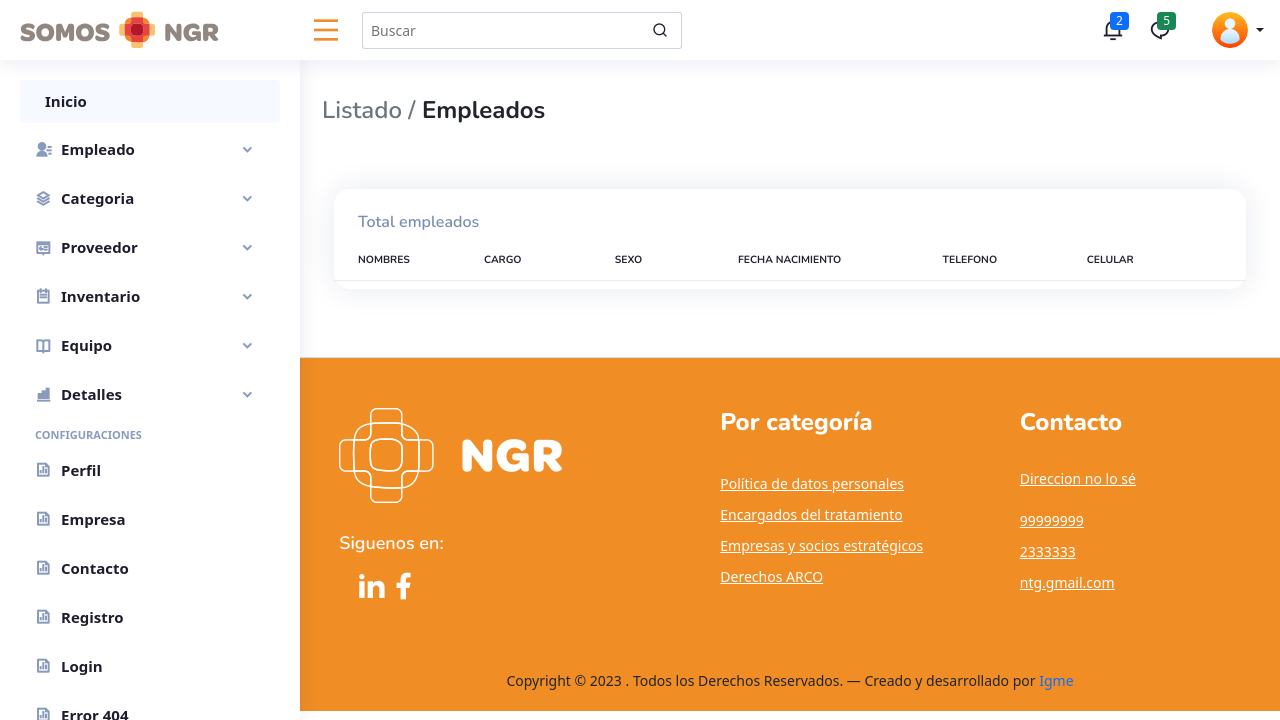
Repository: igmeMarcial/ProyectoLP-2023
Page: http://localhost/proyectoLP_2023/ListadoEmpleados.jsp
The author's editor kept a copy of each file at every save. The page is drawn from the files as they stood at one save, then again after the next save.
The browser window is 1280 px wide. The pictures show the whole page.
Some web fonts or font styles are not loaded; a fallback is used. The page is served by Tomcat 9. Other server files are loaded and not shown. The template is opened directly, without the code that normally fills it, so the values that code supplies are empty.

Above is the page before, as saved 2023-03-22 18:33:34.

### proyectoLP_2023/WebContent/ListadoEmpleados.jsp
<%@ page language="java" contentType="text/html; charset=ISO-8859-1"
    pageEncoding="ISO-8859-1"%>
<%@taglib uri="http://java.sun.com/jsp/jstl/core" prefix="c" %>
    <!-- para dar formato a las fechas -->
    <%@taglib uri="http://java.sun.com/jsp/jstl/fmt" prefix="fmt" %>
<!DOCTYPE >
<html>
	<head>
		<meta charset="UTF-8" />
		<meta http-equiv="X-UA-Compatible" content="IE=edge" />
		<meta name="viewport" content="width=device-width, initial-scale=1.0" />
		<link rel="stylesheet" type="text/css" href="./css/listadoEmpleados.css" />
		<link rel="preconnect" href="https://fonts.googleapis.com" />
		<link rel="preconnect" href="https://fonts.gstatic.com" crossorigin />
		<link href="https://fonts.googleapis.com/css2?family=Playball&display=swap" rel="stylesheet" />

		<link rel="preconnect" href="https://fonts.googleapis.com" />
		<link rel="preconnect" href="https://fonts.gstatic.com" crossorigin />
		<link href="https://fonts.googleapis.com/css2?family=Nunito:ital,wght@0,600;0,700;0,800;1,700&display=swap" rel="stylesheet" />

		<link rel="preconnect" href="https://fonts.googleapis.com" />
		<link rel="preconnect" href="https://fonts.gstatic.com" crossorigin />
		<link href="https://fonts.googleapis.com/css2?family=Roboto:wght@300;400;500;700;900&display=swap" rel="stylesheet" />
		<link rel="stylesheet" type="text/css" href="./css/main.css" />
		<link href="https://cdn.jsdelivr.net/npm/bootstrap@5.0.2/dist/css/bootstrap.min.css" rel="stylesheet" integrity="sha384-EVSTQN3/azprG1Anm3QDgpJLIm9Nao0Yz1ztcQTwFspd3yD65VohhpuuCOmLASjC" crossorigin="anonymous" />
		<link href="https://cdn.jsdelivr.net/npm/remixicon@2.5.0/fonts/remixicon.css" rel="stylesheet" />
		<title>Principal</title>
	</head>
	<body>
		<!-- ======= Header(Cabezera) ======= -->
		<header id="header" class="header fixed-top d-flex align-items-center">
			<div class="d-flex align-items-center justify-content-between">
				<a href="Main.jsp" class="logo d-flex align-items-center text-decoration-none">
					<img class="logoImg1 d-none d-lg-block" src="./img/logo-somosngr.svg" alt="" />
					<img class="logoImg2 d-block d-lg-none" src="./img/logo-ngr.png" alt="" />
					<span class="d-none d-lg-block"></span>
				</a>
				<i class="ri-menu-line toggle-sidebar-btn"></i>
			</div>
			<!-- Fin Logo -->
			<!-- Input para Buscar jeje-->
			<div class="search-bar">
				<form class="search-form d-flex align-items-center my-auto" method="POST" action="#">
					<input type="text" name="query" placeholder="Buscar" title="Enter search keyword" />
					<button type="submit" title="Buscar"><i class="ri-search-line"></i></button>
				</form>
			</div>
			<!-- Fin Buscar  -->

			<nav class="header-nav ms-auto">
				<ul class="d-flex align-items-center">
					<li class="nav-item d-block d-lg-none">
						<a class="nav-link nav-icon search-bar-toggle p-0" href="#">
							<i class="ri-search-line"></i>
						</a>
					</li>
					<!-- Fin Buscar Icon-->

					<li class="nav-item dropdown">
						<a class="nav-link nav-icon p-0" href="#" data-bs-toggle="dropdown" id="noti" aria-expanded="false">
							<i class="ri-notification-3-line"></i>
							<span class="badge bg-primary badge-number">2</span>
						</a>
						<!-- End Notification Icon -->
						<ul class="dropdown-menu dropdown-menu-end dropdown-menu-arrow notificaciones" aria-labelledby="noti">
							<li><a class="dropdown-item" href="#">Action</a></li>
							<li><a class="dropdown-item" href="#">Another action</a></li>
							<li><a class="dropdown-item" href="#">Something else here</a></li>
						</ul>
						<!-- Final notificación Dropdown Items -->
					</li>
					<!-- Final Notification Nav -->

					<li class="nav-item dropdown">
						<a class="nav-link nav-icon p-0" href="#" data-bs-toggle="dropdown">
							<i class="ri-chat-1-line"></i>
							<span class="badge bg-success badge-number">5</span>
						</a>
						<!-- Final mensajes Icon -->

						<ul class="dropdown-menu dropdown-menu-end dropdown-menu-arrow messages">
							<li><a class="dropdown-item" href="#">Action</a></li>
							<li><a class="dropdown-item" href="#">Another action</a></li>
							<li><a class="dropdown-item" href="#">Something else here</a></li>
						</ul>
						<!-- Final Mensajes Dropdown Items -->
					</li>
					<!--Final Mensajes Nav -->

					<li class="nav-item dropdown pe-3">
						<a class="nav-link nav-profile d-flex align-items-center pe-0" href="#" data-bs-toggle="dropdown">
							<img src="./img/userImg.png" alt="Profile" class="rounded-circle" />
							<span class="d-none d-md-block dropdown-toggle ps-2">${user}</span>
						</a>
						<!-- End Profile Iamge Icon -->

						<ul class="dropdown-menu dropdown-menu-end dropdown-menu-arrow profile">
							<li class="dropdown-header">
								<h6>${user}</h6>
								<span>${email}</span>
							</li>
							<li>
								<hr class="dropdown-divider" />
							</li>

							<li>
								<a class="dropdown-item d-flex align-items-center" href="perfil.jsp">
									<i class="ri-settings-2-line"></i>
									<span>My Perfil</span>
								</a>
							</li>
							<li>
								<hr class="dropdown-divider" />
							</li>

							<li>
								<a class="dropdown-item d-flex align-items-center" href="perfil.jsp">
									<i class="ri-settings-2-line"></i>
									<span>Configuración</span>
								</a>
							</li>
							<li>
								<hr class="dropdown-divider" />
							</li>

							<li>
								<a class="dropdown-item d-flex align-items-center" href="perfil.jsp">
									<i class="ri-settings-2-line"></i>
									<span>Ayuda?</span>
								</a>
							</li>
							<li>
								<hr class="dropdown-divider" />
							</li>

							<li>
								<a class="dropdown-item d-flex align-items-center" href="ControladorUsuario?accion=Salir">
									<i class="ri-settings-2-line"></i>
									<span>Salir</span>
								</a>
							</li>
						</ul>
						<!-- Final Perfil Dropdown Items -->
					</li>
					<!--Final Profile Nav -->
				</ul>
			</nav>
			<!-- Final Icons Navigation -->
		</header>

		<!-- Final Header -->
		<aside id="sidebar" class="sidebar">
			<ul class="sidebar-nav" id="sidebar-nav">
				<li class="nav-item">
					<a class="nav-link" href="Main.jsp">
						<i class="bi bi-grid"></i>
						<span>Inicio</span>
					</a>
				</li>
				<!-- final Dashboard Nav -->

				<li class="nav-item">
					<a class="nav-link collapsed" data-bs-target="#employes-nav" data-bs-toggle="collapse" href="#"> <i class="ri-contacts-fill"></i><span>Empleado</span><i class="ri-arrow-down-s-line ms-auto"></i> </a>
					<ul id="employes-nav" class="nav-content collapse" data-bs-parent="#sidebar-nav">
						<li>
							<a href="#"> <i class="ri-group-fill"></i><span>Agregar Nuevo Empleado</span> </a>
						</li>
						<li>
							<a href="ControladorCrud?accion=listarEmpleados"> <i class="ri-group-fill"></i><span>Listar Empleados</span> </a>
						</li>
					</ul>
				</li>
				<!-- Final componentes Nav -->

				<li class="nav-item">
					<a class="nav-link collapsed" data-bs-target="#category-nav" data-bs-toggle="collapse" href="#"> <i class="ri-stack-line"></i><span>Categoria</span><i class="ri-arrow-down-s-line ms-auto"></i> </a>
					<ul id="category-nav" class="nav-content collapse" data-bs-parent="#sidebar-nav">
						<li>
							<a href="#"> <i class="bi bi-circle"></i><span>Agregar nuevo Categoria</span> </a>
						</li>
						<li>
							<a href="#"> <i class="bi bi-circle"></i><span>Listar Categorias</span> </a>
						</li>
					</ul>
				</li>
				<!-- Final Formulario Nav -->

				<li class="nav-item">
					<a class="nav-link collapsed" data-bs-target="#provaider-nav" data-bs-toggle="collapse" href="#"> <i class="ri-slideshow-line"></i><span>Proveedor</span><i class="ri-arrow-down-s-line ms-auto"></i> </a>
					<ul id="provaider-nav" class="nav-content collapse" data-bs-parent="#sidebar-nav">
						<li>
							<a href="#"> <i class="bi bi-circle"></i><span>Agregar nuevo Proveedor</span> </a>
						</li>
						<li>
							<a href="#"> <i class="bi bi-circle"></i><span>Listar Proveedores</span> </a>
						</li>
					</ul>
				</li>
				<!-- End Tables Nav -->

				<li class="nav-item">
					<a class="nav-link collapsed" data-bs-target="#inventory-nav" data-bs-toggle="collapse" href="#"> <i class="ri-todo-line"></i><span>Inventario</span><i class="ri-arrow-down-s-line ms-auto"></i> </a>
					<ul id="inventory-nav" class="nav-content collapse" data-bs-parent="#sidebar-nav">
						<li>
							<a href="#"> <i class="bi bi-circle"></i><span>Agregar Inventario Nuevo</span> </a>
						</li>
						<li>
							<a href="#"> <i class="bi bi-circle"></i><span>Listar Inventarios</span> </a>
						</li>
					</ul>
				</li>
				<!-- End Charts Nav -->

				<li class="nav-item">
					<a class="nav-link collapsed" data-bs-target="#team-nav" data-bs-toggle="collapse" href="#"> <i class="ri-book-open-line"></i><span>Equipo</span><i class="ri-arrow-down-s-line ms-auto"></i> </a>
					<ul id="team-nav" class="nav-content collapse" data-bs-parent="#sidebar-nav">
						<li>
							<a href="icons-bootstrap.html"> <i class="bi bi-circle"></i><span>Agregar nuevo Equipo</span> </a>
						</li>
						<li>
							<a href="icons-remix.html"> <i class="bi bi-circle"></i><span>Listar Equipos</span> </a>
						</li>
					</ul>
				</li>
				<!-- Final iconos Nav -->
				<li class="nav-item">
					<a class="nav-link collapsed" data-bs-target="#details-nav" data-bs-toggle="collapse" href="#"> <i class="ri-numbers-line"></i><span>Detalles</span><i class="ri-arrow-down-s-line ms-auto"></i> </a>
					<ul id="details-nav" class="nav-content collapse" data-bs-parent="#sidebar-nav">
						<li>
							<a href="icons-bootstrap.html"> <i class="bi bi-circle"></i><span>Entradas</span> </a>
						</li>
						<li>
							<a href="icons-remix.html"> <i class="bi bi-circle"></i><span>Salidas</span> </a>
						</li>
					</ul>
				</li>
				<!-- Final iconos Nav -->

				<li class="nav-heading">Configuraciones</li>

				<li class="nav-item">
					<a class="nav-link collapsed" href="perfil.jsp">
						<i class="ri-file-chart-line"></i>
						<span>Perfil</span>
					</a>
				</li>
				<!-- Final Profile Page Nav -->

				<li class="nav-item">
					<a class="nav-link collapsed" href="#">
						<i class="ri-file-chart-line"></i>
						<span>Empresa</span>
					</a>
				</li>
				<!-- End F.A.Q Page Nav -->

				<li class="nav-item">
					<a class="nav-link collapsed" href="#">
						<i class="ri-file-chart-line"></i>
						<span>Contacto</span>
					</a>
				</li>
				<!-- Final Contact Page Nav -->

				<li class="nav-item">
					<a class="nav-link collapsed" href="#">
						<i class="ri-file-chart-line"></i>
						<span>Registro</span>
					</a>
				</li>
				<!-- Final Registro Page Nav -->

				<li class="nav-item">
					<a class="nav-link collapsed" href="#">
						<i class="ri-file-chart-line"></i>
						<span>Login</span>
					</a>
				</li>
				<!-- Final Login Page Nav -->

				<li class="nav-item">
					<a class="nav-link collapsed" href="#">
						<i class="ri-file-chart-line"></i>
						<span>Error 404</span>
					</a>
				</li>
			</ul>
		</aside>

		<!-- Final Sidebar-->
		<!-- ======= Contenido principal======= -->
		<main id="main" class="main main-listadoEmpleado">
	<div class="content-wrapper">
		<div class="container-xxl flex-grow-1 container-p-y">
			<h4 class="fw-bold py-3 mb-4"><span class="text-muted fw-light">Listado /</span> Empleados</h4>
			<div class="container-fluid py-4">
				<div class="row">
					<div class="col-12">
						<div id="tableContainer" class="card mb-4">
							<div class="card-header pb-0">
								<h6>Total empleados</h6>
							</div>
							<div class="card-body px-0 pt-0 pb-2">
								<div class="table-responsive p-0">
									<table class="table align-items-center mb-0">
										<thead>
											<tr>
												<th class="th-title text-uppercase text-xxs font-weight-bolder opacity-7">Nombres</th>

												<th class="th-title text-uppercase text-xxs font-weight-bolder opacity-7 ps-2">cargo</th>
												<th class="th-title text-center text-uppercase text-xxs font-weight-bolder opacity-7">Sexo</th>
												<th class="th-title text-center text-uppercase text-xxs font-weight-bolder opacity-7">Fecha Nacimiento</th>
												<th class="th-title text-center text-uppercase text-xxs font-weight-bolder opacity-7">Telefono</th>
												<th class="th-title text-center text-uppercase text-xxs font-weight-bolder opacity-7">Celular</th>
												<th class="th-title text-center text-uppercase text-xxs font-weight-bolder opacity-7"></th>
											</tr>
										</thead>
										<tbody>
											<c:forEach var="empleado" items="${listado}">
												<tr>
												<td>
													<div class="d-flex px-3 py-1">
														<div class="d-flex flex-column justify-content-center">
															<h6 class="mb-0 text-sm"><c:out value="${empleado.nombre} ${empleado.apellidos}"></c:out></h6>
															<p class="text-xs text-secondary mb-0"><c:out value="${empleado.email}"></c:out></p>
														</div>
													</div>
												</td>
												<td class="align-middle text-center">
													<div class="text-start">
														<p class="text-xs text-secondary font-weight-bold mb-0"><c:out value="${empleado.cargo}"></c:out></p>
													</div>
												</td>
												<td class="align-middle text-center text-sm">
													<span class="text-secondary text-xs sex-empleado font-weight-bold"><c:out value="${empleado.sexo}"></c:out></span>
												</td>
												<td class="align-middle text-center">
													<span class="text-secondary text-xs font-weight-bold"><c:out value="${empleado.fechaNacimiento}"></c:out></span>
												</td>
												<td class="align-middle text-center">
													<span class="text-secondary text-xs font-weight-bold"><c:out value="${empleado.telefono}"></c:out></span>
												</td>
												<td class="align-middle text-center">
													<span class="text-secondary text-xs font-weight-bold"><c:out value="${empleado.celular}"></c:out></span>
												</td>
												<td class="align-middle text-center">
													<div class="dropdown">
														<button type="button" class="btn p-0 hide-arrow btn-editList" data-bs-toggle="dropdown" aria-expanded="false">
															<i class="ri-more-2-fill"></i>
														</button>
														<div class="dropdown-menu menu-dropdown-b" style="">
															<a class="dropdown-item" href="#"><i class="ri-edit-line"></i> Edit</a>
															<a class="dropdown-item" href="#"><i class="ri-delete-bin-line"></i> Delete</a>
														</div>
													</div>
												</td>
											</tr>
											 </c:forEach>
										</tbody>
									</table>
								</div>
							</div>
						</div>
					</div>
				</div>
			</div>
		</div>
	</div>
</main>


		<!-- ======= Footer ======= -->

		<footer id="footer" class="footer">
			<div class="site-footer">
				<div class="container">
					<div class="row justify-content-around">
						<div class="col-lg-4">
							<div class="widget">
								<img src="./img/logo-ngr-white.png" />
							</div>
							<!-- /.widget -->
							<div class="widget socialContent">
								<h3>Siguenos en:</h3>
								<div class="social d-flex justify-content-start align-items-center px-3">
									<div>
										<a><i class="ri-linkedin-fill"></i></a>
									</div>
									<div>
										<a><i class="ri-facebook-fill"></i></a>
									</div>
								</div>
							</div>
							<!-- /.widget -->
						</div>
						<!-- /.col-lg-3 -->

						<div class="col-lg-3 ml-auto">
							<div class="widget text-start link-container-footer">
								<h3 class="footer-subTitle">Por categoría</h3>
								<ul class="list-unstyled float-left links">
									<li><a class="links" href="#">Política de datos personales</a></li>
									<li><a class="links" href="#"> Encargados del tratamiento</a></li>
									<li><a class="links" href="#">Empresas y socios estratégicos</a></li>
									<li><a class="links" href="#">Derechos ARCO</a></li>
								</ul>
							</div>
							<!-- /.widget -->
						</div>
						<!-- /.col-lg-3 -->

						<div class="col-lg-3">
							<div class="widget text-start">
								<h3 class="footer-subTitle">Contacto</h3>
								<address class="links">Direccion no lo sé</address>
								<ul class="list-unstyled links mb-4">
									<li><a class="links" href="#">99999999</a></li>
									<li><a class="links" href="#">2333333</a></li>
									<li><a class="links" href="#">ntg.gmail.com</a></li>
								</ul>
							</div>
							<!-- /.widget -->
						</div>
						<!-- /.col-lg-3 -->
					</div>
					<!-- /.row -->

					<div class="row mt-5">
						<div class="col-12 text-center">
							<p class="mb-0">
								Copyright &copy;
								<script>
									document.write(new Date().getFullYear());
								</script>
								. Todos los Derechos Reservados. &mdash; Creado y desarrollado por <a href="#">Igme</a>
								<!-- License information: igmreGroup -->
							</p>
						</div>
					</div>
					<!-- /.container -->
				</div>
				<!-- /.site-footer -->
			</div>
		</footer>
		<!-- End Footer -->

		<a href="#" class="back-to-top d-flex align-items-center justify-content-center"><i class="bi bi-arrow-up-short"></i></a>
		<!-- Sistema JS Files -->

		<script src="https://cdn.jsdelivr.net/npm/bootstrap@5.0.2/dist/js/bootstrap.bundle.min.js" integrity="sha384-MrcW6ZMFYlzcLA8Nl+NtUVF0sA7MsXsP1UyJoMp4YLEuNSfAP+JcXn/tWtIaxVXM" crossorigin="anonymous"></script>
		<script src="./script/main.js" type="text/javascript"></script>
	</body>
</html>

### proyectoLP_2023/WebContent/css/listadoEmpleados.css

.main-listadoEmpleado{
	margin-top: 60px ;
    padding: 20px 10px !important;
}
.sex-empleado{
	color: #6c757d!important;
}

#tableContainer{

    border: 0 solid rgba(0, 0, 0, 0.125);
    border-radius: 1rem;
}

#tableContainer .card-header{
	padding: 1.5rem;
	border-radius: 1rem 1rem 0 0;
	background-color: #fff;
    border-bottom: 0 solid rgba(0, 0, 0, 0.125);
}
.th-title {
	padding: 0.75rem 1.5rem !important;

    letter-spacing: 0px;
    border-bottom: 1px solid #e9ecef;

     border-bottom-color: #e9ecef !important;
     line-height: 1.5;
    margin: 0px;
    color: rgb(34, 37, 49) !important;
    font-size: 12px;
    font-family: 'Nunito', sans-serif;
}
.btn-editList i{
	font-size: 20px;
}
.menu-dropdown-b{
	    border: 1px solid transparent !important;
}
.table tbody tr:last-child td {
    border-width: 0;
}

.text-sm {
    font-size: 0.875rem !important;
}

.text-sm {
    line-height: 1.5;
}

.font-weight-bold {
    font-weight: 600 !important;
}

.text-xs {
    font-size: 0.75rem !important;
}
.text-xs {
    line-height: 1.25;
}
.font-weight-bolder {
    font-weight: 700 !important;
}
.text-xxs {
    font-size: 0.65rem !important;
}

Loaded but not shown: proyectoLP_2023/WebContent/img/logo-somosngr.svg (22 lines, source omitted); proyectoLP_2023/WebContent/script/main.js (27 lines, source omitted); proyectoLP_2023/WebContent/css/main.css (1076 lines, source omitted)

After the next save:
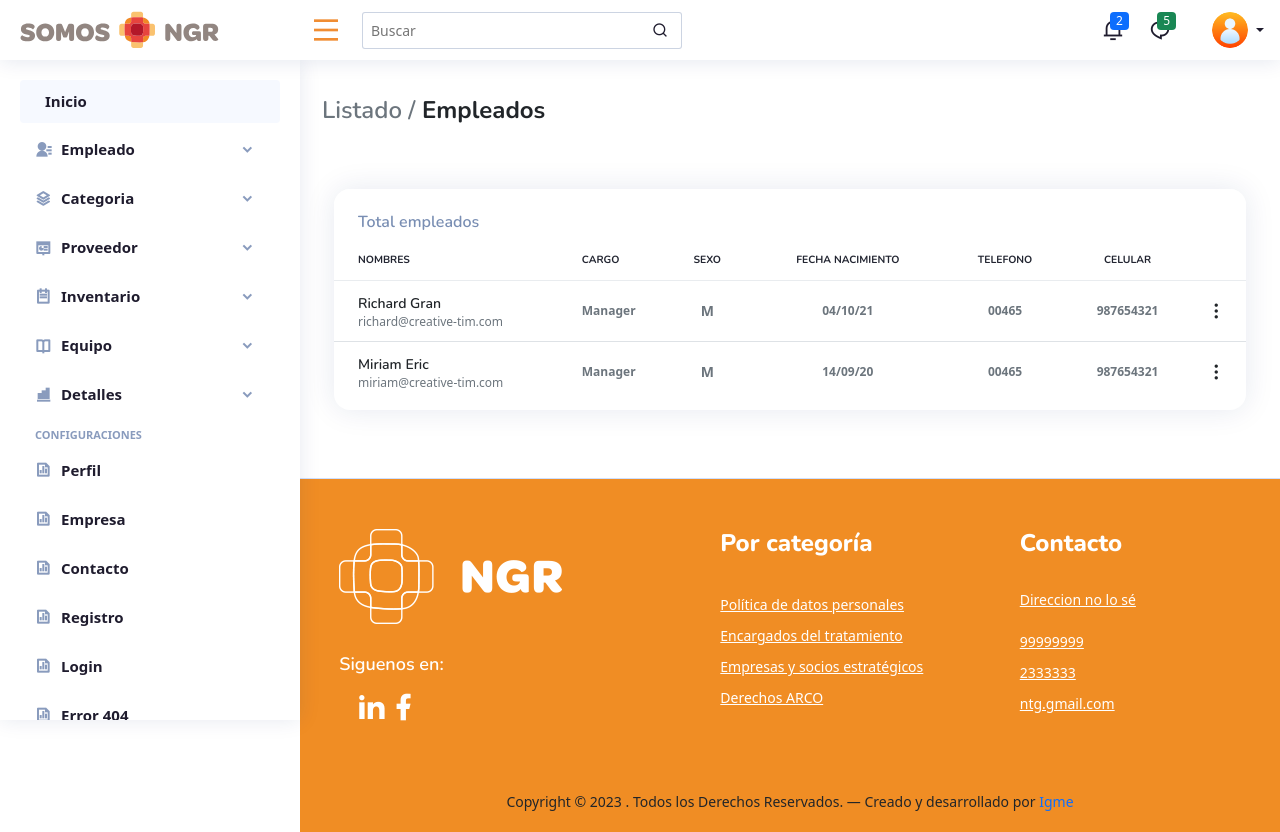
Saved 103 s later.
--- a/proyectoLP_2023/WebContent/ListadoEmpleados.jsp
+++ b/proyectoLP_2023/WebContent/ListadoEmpleados.jsp
@@ -356,6 +356,82 @@
 												</td>
 											</tr>
 											 </c:forEach>
+											 <tr>
+												<td>
+													<div class="d-flex px-3 py-1">
+														<div class="d-flex flex-column justify-content-center">
+															<h6 class="mb-0 text-sm">Richard Gran</h6>
+															<p class="text-xs text-secondary mb-0">richard@creative-tim.com</p>
+														</div>
+													</div>
+												</td>
+												<td class="align-middle text-center">
+													<div class="text-start">
+														<p class="text-xs text-secondary font-weight-bold mb-0">Manager</p>
+													</div>
+												</td>
+												<td class="align-middle text-center text-sm">
+													<span class="text-secondary sex-empleado font-weight-bold">M</span>
+												</td>
+												<td class="align-middle text-center">
+													<span class="text-secondary text-xs font-weight-bold">04/10/21</span>
+												</td>
+												<td class="align-middle text-center">
+													<span class="text-secondary text-xs font-weight-bold">00465</span>
+												</td>
+												<td class="align-middle text-center">
+													<span class="text-secondary text-xs font-weight-bold">987654321</span>
+												</td>
+												<td class="align-middle text-center">
+													<div class="dropdown">
+														<button type="button" class="btn p-0 hide-arrow btn-editList" data-bs-toggle="dropdown" aria-expanded="false">
+															<i class="ri-more-2-fill"></i>
+														</button>
+														<div class="dropdown-menu menu-dropdown-b" style="">
+															<a class="dropdown-item" href="#"><i class="ri-edit-line"></i> Edit</a>
+															<a class="dropdown-item" href="#"><i class="ri-delete-bin-line"></i> Delete</a>
+														</div>
+													</div>
+												</td>
+											</tr>
+											<tr>
+												<td>
+													<div class="d-flex px-3 py-1">
+														<div class="d-flex flex-column justify-content-center">
+															<h6 class="mb-0 text-sm">Miriam Eric</h6>
+															<p class="text-xs text-secondary mb-0">miriam@creative-tim.com</p>
+														</div>
+													</div>
+												</td>
+												<td class="align-middle text-center">
+													<div class="text-start">
+														<p class="text-xs text-secondary font-weight-bold mb-0">Manager</p>
+													</div>
+												</td>
+												<td class="align-middle text-center text-sm">
+													<span class="text-secondary sex-empleado font-weight-bold">M</span>
+												</td>
+												<td class="align-middle text-center">
+													<span class="text-secondary text-xs font-weight-bold">14/09/20</span>
+												</td>
+												<td class="align-middle text-center">
+													<span class="text-secondary text-xs font-weight-bold">00465</span>
+												</td>
+												<td class="align-middle text-center">
+													<span class="text-secondary text-xs font-weight-bold">987654321</span>
+												</td>
+												<td class="align-middle text-center">
+													<div class="dropdown">
+														<button type="button" class="btn p-0 hide-arrow btn-editList" data-bs-toggle="dropdown" aria-expanded="false">
+															<i class="ri-more-2-fill"></i>
+														</button>
+														<div class="dropdown-menu menu-dropdown-b" style="">
+															<a class="dropdown-item" href="#"><i class="ri-edit-line"></i> Editar</a>
+															<a class="dropdown-item" href="#"><i class="ri-delete-bin-line"></i> Eliminar</a>
+														</div>
+													</div>
+												</td>
+											</tr>
 										</tbody>
 									</table>
 								</div>
